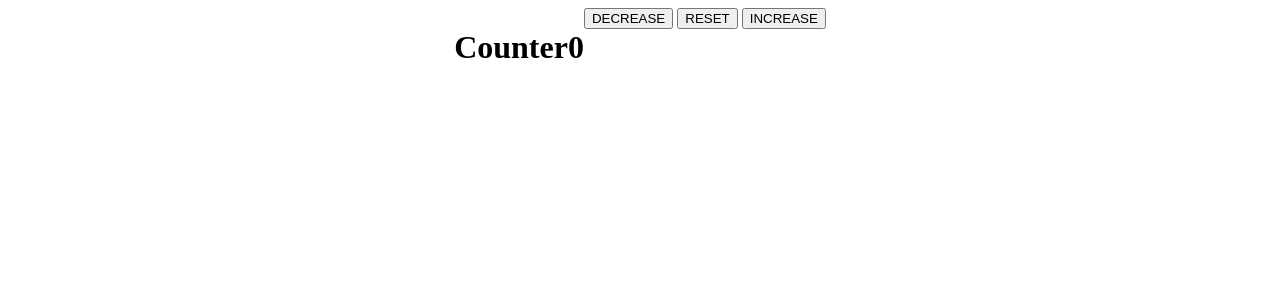
Repository: hseunghwan/practice-vanilla-javascript
Page: Counter/Counter.html
An editor plug-in stored every save of this project. The page is shown before and after the next save, followed by the edit.
The browser window is 1280 px wide. The pictures show the whole page.

Above is the page before, as saved 2023-05-09 20:55:53.

After the next save:
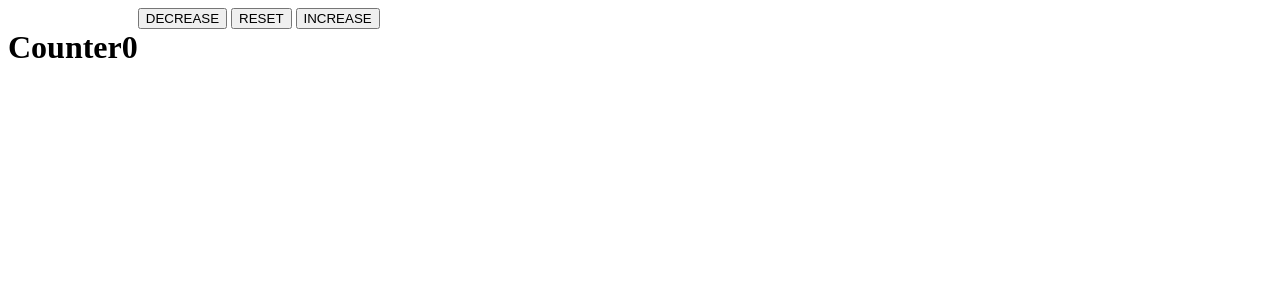
Saved 7 s later.
--- a/Counter/styles.css
+++ b/Counter/styles.css
@@ -1,4 +1,4 @@
 .container {
     display: flex;
-    justify-content: center;
+    align-content: center;
 }

After the save that followed:
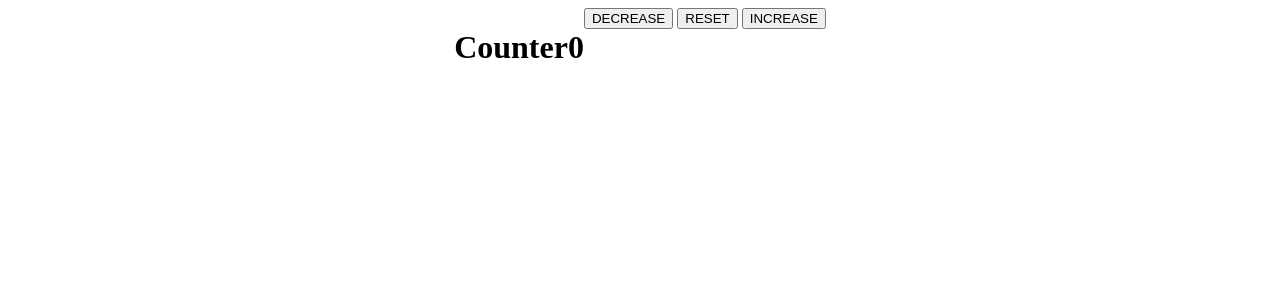
Saved 19 s later.
--- a/Counter/styles.css
+++ b/Counter/styles.css
@@ -1,4 +1,4 @@
 .container {
     display: flex;
-    align-content: center;
+    justify-content: center;
 }
